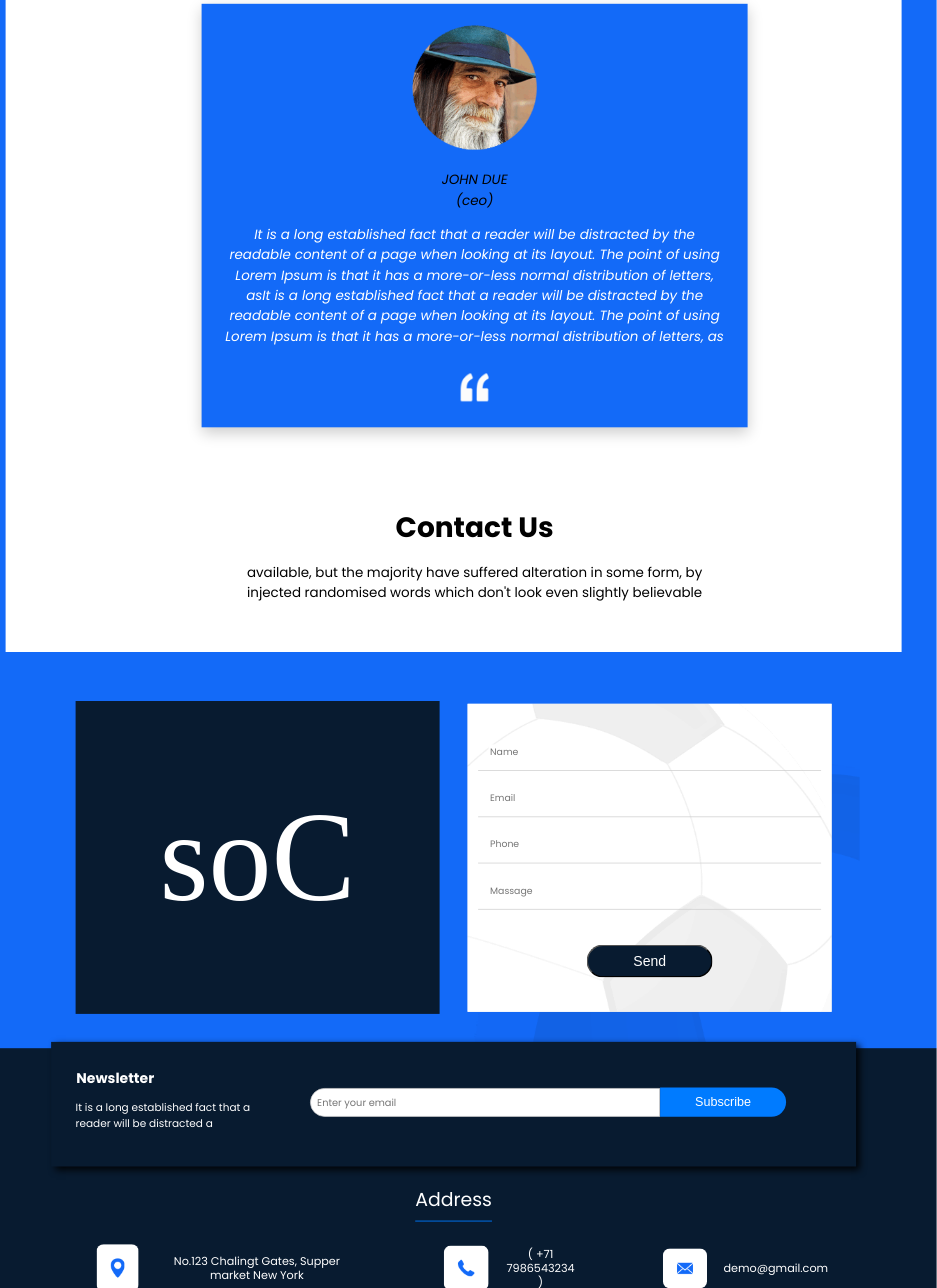
Repository: Vinicius9922/Projeto-Web
Page: index.html
The author's editor kept a copy of each file at every save. The page is drawn from the files as they stood at one save, then again after a run of saves.
The browser window is 1280 px wide. The page is 1338 px wide, so the pictures cover 1338 px, including what lies to the right of the window. The pictures show the part of the page from y = 2978 to 4818 px (the page is 4973 px tall before and 4968 px after), at 70% of full size.

Above is the page before, as saved 2024-12-14 13:14:05.

After the next 4 saves:
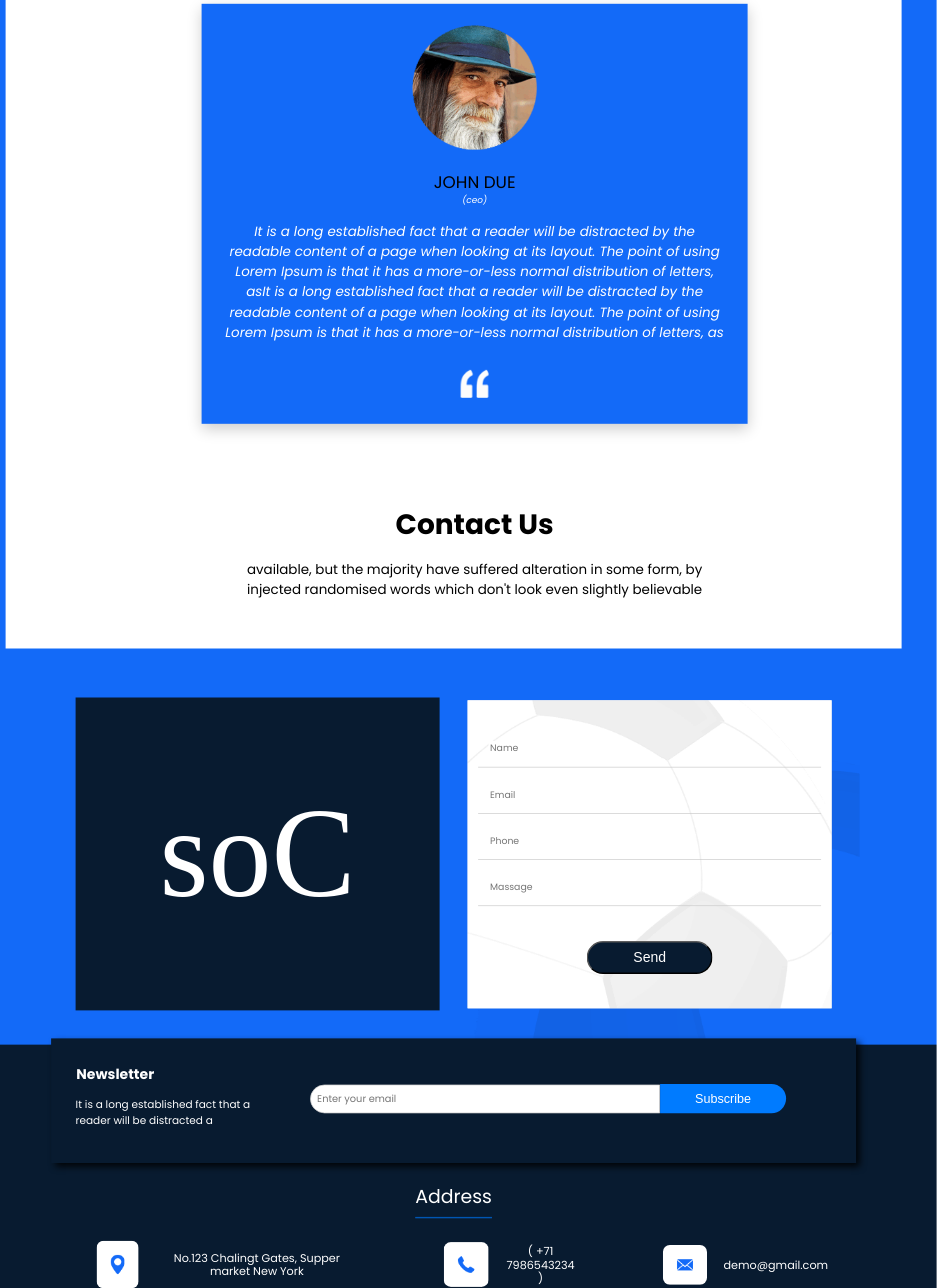
The 4 saves are shown as one change because they came seconds apart.
The last was saved 16 s later.
--- a/index.css
+++ b/index.css
@@ -304,12 +304,12 @@
     margin-bottom: 20px;
 }
 
-.john_text {
+.john_text .name {
     font-size: 1.5em;
     color:black;
 }
 
-.john_text span {
+.john_text .role {
     font-style: italic;
     font-size: 0.8em;
     display:block;
